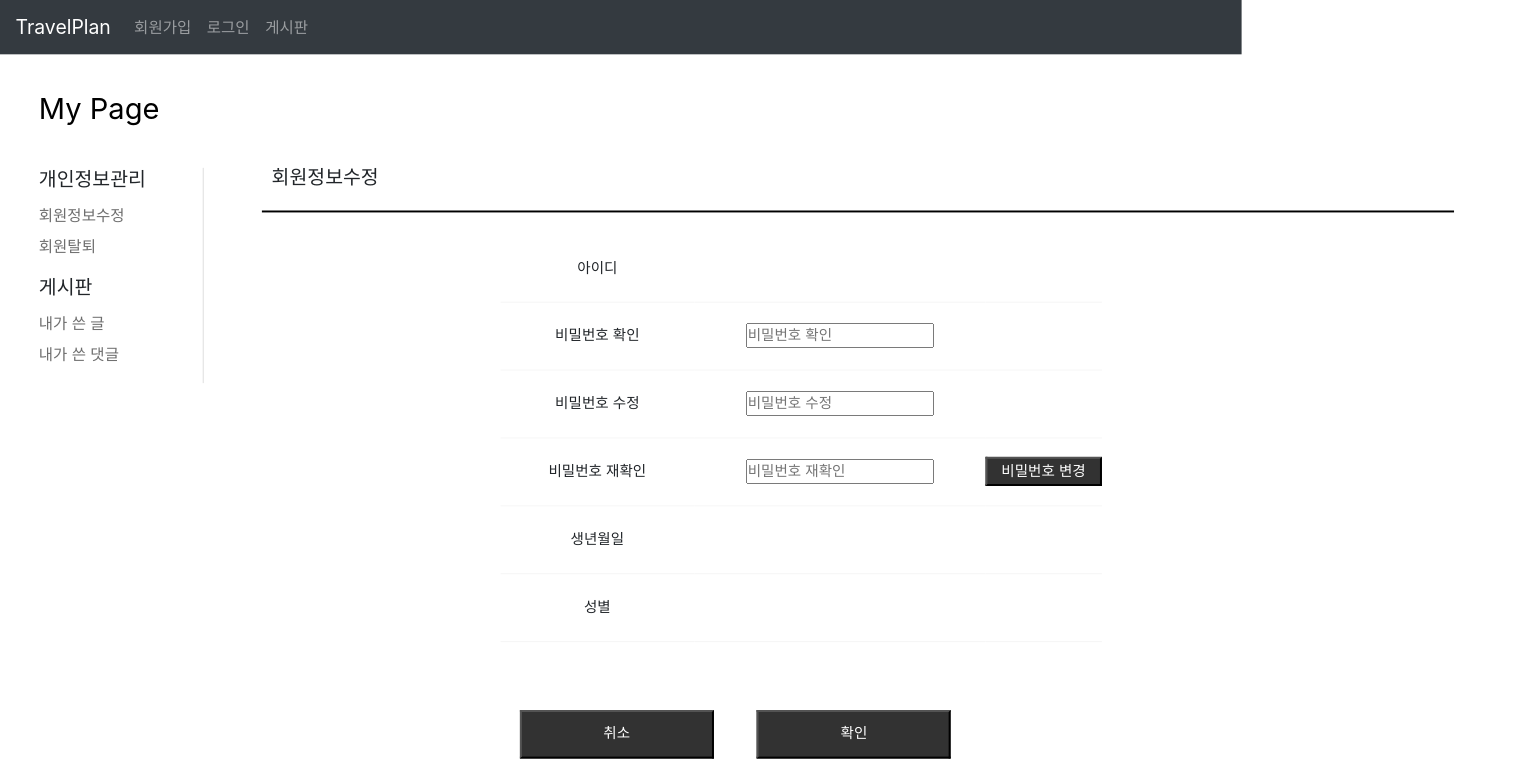
Repository: sna145815/Travel_v1
Page: http://localhost/Travel_v1/mypage
An editor plug-in stored every save of this project. The page is shown before and after the next save, followed by the edit.
The browser window is 1280 px wide. The page is 1560 px wide, then 1280 px, then 1560 px, so the pictures cover 1560 px, including what lies to the right of the window. The pictures show the whole page, at 97% of full size.
The page is served by Tomcat 9. Other server files are loaded and not shown. Queries for data that is not in the repository find no rows.

Above is the page before, as saved 2022-11-07 08:38:05.

### Travel_v1/src/main/webapp/WEB-INF/view/mypage.jsp
<%@ page language="java" contentType="text/html; charset=UTF-8"
    pageEncoding="UTF-8"%>
<%@ include file="/layout/header.jsp" %>

<!DOCTYPE html>
<html>
<head>
	<meta charset="UTF-8">
	<style>
		* {
			margin: 0;
			padding: 0;
		}
		#wrap {
			width: auto;
			min-width: 1560px;
			max-width: 1880px;
			padding: 0px 40px;
			margin: 0px auto;
			box-sizing: border-box;
		}
		#sub_header {
			position: relative;
			padding: 0px 0px 10px;
			margin: 0px auto;
		}
		.visual_area {
			padding: 5px 0px 8px;
			font-size: inherit;
			font-weight: normal;
		}
		.txt > a {
			display: inline-block;
			font-size: 30px;
			font-weight: normal;
			color: rgb(0, 0, 0);
		}
		.menu_area {
			float : left;
			width : 270px;
			border-right: 1px solid #ddd;
		}
		.content_right {
			position: absolute;
			left: 270px;
			top: 200;
			right: 0;
			min-width: 1229px;
		}
		.menu_area {
		 	width: 170px;
		 	float: left;
		 	margin: 24px 40px 0px 0px;
		 	font-size: 14px;
		}
		.menu1, .menu2 {
			display: flex;
			flex-direction: column;
			padding-bottom: 15px;
		}
		.update, .delete, .post, .comment {
			display: flex;
			margin-top: 2px;
			font-size: 16px;
			line-height: 30px;
			color: rgb(110, 110, 110);
		}
		.content-right {
			padding: 0;
			float: right;
		}
		.sectiontitle {
			border-bottom: 2px solid #000000;
			padding-left: 10px;
			padding-bottom: 14px;
			margin-top: 22px;
			line-height: 1.5px;
			font-size: 14px;
			position: relative;
		}
		.sectiontable {
			margin-top: 22px;
			padding: 10px;
			font-size: 15px;
			border-collapse: collapse;
			table-layout: fixed;
			margin-left: 20%;
		}
		tr {
			height: 70px;
			padding: 10px;
			box-sizing: border-box;
			border-bottom: 1px solid #f5f5f5;
			text-align: center;
			vertical-align: middle;
			word-break: break-all;
		}
		.button {
			margin-top: 50px;
			margin-left: 20%;
		}
		.btn_update {
			width: 120px;
			height: 30px;
			font-size: 15px;
			border-collapse: collapse;
			vertical-align: middle;
			color: rgb(255, 255, 255);
			background-color: rgb(50, 50, 50);
		}
		.btn_cancel, .btn_check {
			width: 200px;
			height: 50px;
			margin: 20px;
			padding: 10px;
			font-size: 15px;
			border-collapse: collapse;
			vertical-align: middle;
			color: rgb(255, 255, 255);
			background-color: rgb(50, 50, 50);
		}
	</style>
</head>
<body>
	<div id="wrap">
		<div id ="header">
			<div class="visual_area">
				<h1 class="txt">
					<a href="/mypage">My Page</a>
				</h1>
			</div>
		</div>
		<div id ="content_area">
			<div class ="content">
				<div class="content_in">
					<!-- 좌측 메뉴 -->
					<nav class="menu_area">
						<div class="menu1">
							<h5>개인정보관리</h5>
							<a href="/mypage" class="update">회원정보수정</a>
							<a href="/deleteuser" class="delete">회원탈퇴</a>
						</div>
						<div class="menu2">
							<h5>게시판</h5>
							<a href="#" class="post">내가 쓴 글</a>
							<a href="#" class="comment">내가 쓴 댓글</a>
						</div>
					</nav>
					<!-- 콘텐츠 내용 -->
					<section class ="content_right">
						<header class="sectiontitle">
							<h5>회원정보수정</h5>
						</header>
						<div>
							<form action="/mypage" method="post">
								<table class="sectiontable">
									<tr>
										<td width=200px>아이디<td>
										<td id="userId" width=300px><strong>${user.id}</strong></td>
									</tr>
									<tr>
										<td>비밀번호 확인<td>
										<td><input type="password" name="pwd" placeholder="비밀번호 확인" size=15/></td>
										<td><span id="checkpw"></span></td>
									</tr>
									<tr>
										<td>비밀번호 수정<td>
										<td><input type="password" name="uppwd" placeholder="비밀번호 수정" size=15/></td>
									</tr>
									<tr>
										<td>비밀번호 재확인<td>
										<td><input type="password" name="pwdr" placeholder="비밀번호 재확인" size=15/></td>
										<td>
											<span id="checkpwdr"><button type="submit" class="btn_update">비밀번호 변경</button></span>
										</td>
									</tr>
									<tr>
										<td>생년월일<td>
										<td id="userbirth"><strong>${user.date}</strong></td>
									</tr>
									<tr>
										<td>성별<td>
										<td id="userGender"><strong>${user.gender}</strong></td>
									</tr>
								</table>
							</form>
						</div>
						<div class="button">
							<span>
								<button type="submit" class="btn_cancel" onclick="location.reload()">취소</button>
							</span>
							<span>
								<button type="submit" class="btn_check" onclick="location.href = '/main';">확인</button>
							</span>
						</div>
					</section>
				</div>
			</div>
		</div>
	</div>
</body>
</html>

### Travel_v1/src/main/webapp/layout/header.jsp
<%@ page language="java" contentType="text/html; charset=UTF-8"
    pageEncoding="UTF-8"%>
<!DOCTYPE html>

<head>
  <title>TravelPlan</title>
  <meta charset="utf-8">
  <meta name="viewport" content="width=device-width, initial-scale=1">
  <link rel="stylesheet" href="https://cdn.jsdelivr.net/npm/bootstrap@4.6.1/dist/css/bootstrap.min.css">
  <script src="https://cdn.jsdelivr.net/npm/jquery@3.6.0/dist/jquery.slim.min.js"></script>
  <script src="https://cdn.jsdelivr.net/npm/popper.js@1.16.1/dist/umd/popper.min.js"></script>
  <script src="https://cdn.jsdelivr.net/npm/bootstrap@4.6.1/dist/js/bootstrap.bundle.min.js"></script>
</head>
<body>

<nav class="navbar navbar-expand-md bg-dark navbar-dark">
  <a class="navbar-brand" href="/main">TravelPlan</a>
  <button class="navbar-toggler" type="button" data-toggle="collapse" data-target="#collapsibleNavbar">
    <span class="navbar-toggler-icon"></span>
  </button>
  <div class="collapse navbar-collapse" id="collapsibleNavbar">
    <ul class="navbar-nav">
      <li class="nav-item">
        <a class="nav-link" href="/join">회원가입</a>
      </li>
      <li class="nav-item">
        <a class="nav-link" href="/login">로그인</a>
      </li>
      <li class="nav-item">
        <a class="nav-link" href="/board?cmd=getlist">게시판</a>
      </li>
    </ul>
  </div>
</nav>
<br>

### Travel_v1/src/main/java/controller/mypagecontroller.java
package controller;

import java.io.IOException;

import javax.servlet.RequestDispatcher;
import javax.servlet.ServletException;
import javax.servlet.annotation.WebServlet;
import javax.servlet.http.HttpServlet;
import javax.servlet.http.HttpServletRequest;
import javax.servlet.http.HttpServletResponse;
import javax.servlet.http.HttpSession;

import model.usermodel;

import service.userservice;

@WebServlet("/mypage")
public class mypagecontroller extends HttpServlet {
	private static final long serialVersionUID = 1L;


    public mypagecontroller() {

    }


	protected void doGet(HttpServletRequest request, HttpServletResponse response) throws ServletException, IOException {
		HttpSession session = request.getSession();
		String id = (String)session.getAttribute("id");

		usermodel user = new usermodel();

		userservice service = new userservice();

		user = service.Selectuser(id);

		//오류 처리 필요
		request.setAttribute("user", user);
		RequestDispatcher rq = request.getRequestDispatcher("WEB-INF/view/mypage.jsp");
	    rq.forward(request, response);
	}

	protected void doPost(HttpServletRequest request, HttpServletResponse response) throws ServletException, IOException {
		request.setCharacterEncoding("utf-8");
		String pwd = request.getParameter("pwd");
		String uppwd = request.getParameter("uppwd");
		String uppwdr = request.getParameter("pwdr");

		HttpSession session = request.getSession();
		String id = (String) session.getAttribute("id");

		userservice service = new userservice();

		if(service.Checkpwd(pwd, id) == 1)
		{
			if(uppwd.equals(uppwdr))
			{
				if(service.Updatepwd(uppwd, id) == 1)
				{
					request.setAttribute("Result", true);
				}
				else
				{
					request.setAttribute("Result", false);
				}
			}
			RequestDispatcher rq = request.getRequestDispatcher("WEB-INF/view/updateresult.jsp");
		    rq.forward(request, response);
		}
		else
		{
			RequestDispatcher rq = request.getRequestDispatcher("WEB-INF/view/mypage.jsp");
		    rq.forward(request, response);
		}
	}
}

### Travel_v1/src/main/java/model/usermodel.java
package model;

import java.util.Date;

public class usermodel {
	private String id;
	private String pwd;
	private String name;
	private Date date;
	private String gender;


	public usermodel() {

	}


	public String getId() {
		return id;
	}


	public void setId(String id) {
		this.id = id;
	}


	public String getPwd() {
		return pwd;
	}


	public void setPwd(String pwd) {
		this.pwd = pwd;
	}


	public String getName() {
		return name;
	}


	public void setName(String name) {
		this.name = name;
	}


	public Date getDate() {
		return date;
	}


	public void setDate(Date date) {
		this.date = date;
	}


	public String getGender() {
		return gender;
	}


	public void setGender(String gender) {
		this.gender = gender;
	}


}

### Travel_v1/src/main/java/service/userservice.java
package service;


import java.sql.Connection;
import java.sql.Date;
import java.sql.PreparedStatement;
import java.sql.ResultSet;
import java.sql.SQLException;

import config.DB;
import model.usermodel;


public class userservice {

	//회원가입
	public int Signup(usermodel model)
	{
		String sql = "INSERT INTO user VALUES (?,?,?,?,?)";
		Connection conn = DB.getConnection();
		PreparedStatement pstmt = null;

		try
		{
            pstmt = conn.prepareStatement(sql);

            pstmt.setString(1, model.getId());
            pstmt.setString(2, model.getPwd());
            pstmt.setString(3, model.getName());
            pstmt.setDate(4, (Date) model.getDate());
            pstmt.setString(5, model.getGender());

            if(pstmt.executeUpdate() !=1)
            {
                return 0;
            }
            return 1;
        }
		catch(Exception e)
		{
			e.printStackTrace();
			return 0;
		}
		finally
		{
			DB.close(conn,pstmt);
		}
    }

	//비밀번호 변경
	public int Updatepwd(String uppwd, String id)
	{
		String sql = "UPDATE user set password = ? where id = ?";
		Connection conn = DB.getConnection();
		PreparedStatement pstmt = null;

		try
		{
			pstmt = conn.prepareStatement(sql);

            pstmt.setString(1, uppwd);
            pstmt.setString(2, id);

            if(pstmt.executeUpdate() !=1)
            {
                return 0;
            }
            return 1;
        }
		catch(Exception e)
		{
			e.printStackTrace();
			return 0;
		}
		finally
		{
			DB.close(conn,pstmt);
		}
	}

	//비밀번호 확인
	public int Checkpwd(String pwd, String id)
	{
		String sql = "SELECT password from user where id = ?";
		Connection conn = DB.getConnection();
		PreparedStatement pstmt = null;
		ResultSet rs = null;

		try
		{
			pstmt = conn.prepareStatement(sql);

			pstmt.setString(1, id);

			rs = pstmt.executeQuery();

            if (rs.next())
            {
            	if(rs.getString(1).equals(pwd))
            		return 1;
                else
             	   return 0;	 //비밀번호 불일치
             }
             return -1;	//비밀번호 없음
        }
		catch(SQLException e)
		{
			e.printStackTrace();
			return 0;
		}
		finally
		{
			DB.close(conn, pstmt, rs);
		}
	}

	//회원 삭제
	public int Deleteuser(String pwd)
	{
		String sql = "DELETE FROM user where password = ?";
		Connection conn = DB.getConnection();
		PreparedStatement pstmt = null;

		try
		{
            pstmt = conn.prepareStatement(sql);

            pstmt.setString(1, pwd);

            if(pstmt.executeUpdate() !=1)
            {
                return 0;
            }
            return 1;
        }
		catch(Exception e)
		{
			e.printStackTrace();
			return 0;
		}
	}

	//회원 정보 불러오기
	public usermodel Selectuser(String id)
	{
		String sql = "SELECT * FROM user where id = ?";
		Connection conn = DB.getConnection();
		PreparedStatement pstmt = null;
		ResultSet rs = null;

		usermodel user = new usermodel();

		try
		{
			pstmt = conn.prepareStatement(sql);

			pstmt.setString(1, id);

			rs = pstmt.executeQuery();

			while (rs.next())
			{
				user.setId(rs.getString(1));		//id
				user.setPwd(rs.getString(2));		//password
				user.setName(rs.getString(3));		//name
				user.setDate(rs.getDate(4));		//birth
				user.setGender(rs.getString(5));	//gender
			}

			return user;
		}
		catch (Exception e)
		{
			e.printStackTrace();
			return null;
		}
		finally
		{
			DB.close(conn, pstmt, rs);
		}
	}


	//로그인
	public  int findbyuserid(usermodel model)
	{
		String sql = "SELECT password FROM user WHERE id = ?";
		Connection conn=DB.getConnection();
		PreparedStatement pstmt = null;
		ResultSet rs = null;

		try
		{
            pstmt = conn.prepareStatement(sql);

            pstmt.setString(1, model.getId());

            rs = pstmt.executeQuery();
            if (rs.next())
            {
               if (rs.getString(1).equals(model.getPwd()))
            	   return 1;		//로그인 성공
               else
            	   return 0;	//비밀번호 불일치
            }
            return -1;	//아이디가 없음
        }
		catch(SQLException e)
		{
			e.printStackTrace();
			return -2;	//오류
		}
		finally
		{
			DB.close(conn,pstmt,rs);
		}

	}

}

### Travel_v1/src/main/java/config/DB.java
package config;

import java.sql.Connection;
import java.sql.DriverManager;
import java.sql.PreparedStatement;
import java.sql.ResultSet;
import java.sql.SQLException;

public class DB {

	public static Connection getConnection()
	{
		try{
			 String jdbcUrl = "jdbc:mysql://localhost:3306/travel?useUnicode=true&characterEncoding=utf8";
		     String dbId = "root";
		     String dbPass = "1128";

			 Class.forName("com.mysql.cj.jdbc.Driver");
			 Connection con = DriverManager.getConnection(jdbcUrl,dbId ,dbPass);
			 return con;
		  }catch(Exception e){
			 e.printStackTrace();
		  }
		return null;
	}

	public static void close(Connection conn,PreparedStatement pstmt,ResultSet rs)
	{
		try {
			rs.close();
			pstmt.close();
			conn.close();
		} catch (SQLException e) {

			e.printStackTrace();
		}

	}

	public static void close(Connection conn,PreparedStatement pstmt)
	{
		try {
			pstmt.close();
			conn.close();
		} catch (SQLException e) {

			e.printStackTrace();
		}

	}
}

After the next save:
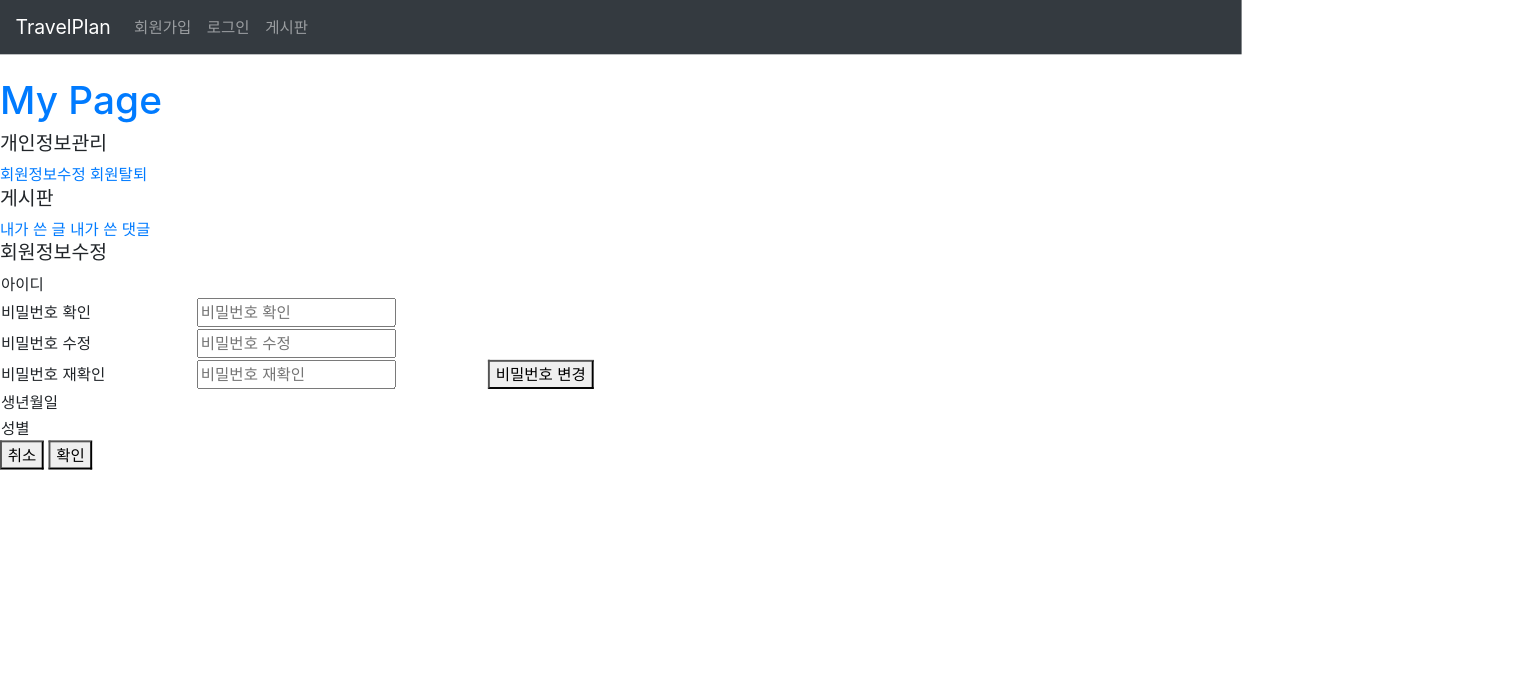
Saved 88 min 22 s later.
--- a/Travel_v1/src/main/webapp/WEB-INF/view/mypage.jsp
+++ b/Travel_v1/src/main/webapp/WEB-INF/view/mypage.jsp
@@ -6,7 +6,7 @@
 <html>
 <head>
 	<meta charset="UTF-8">
-	<style>
+	<%--<style>
 		* {
 			margin: 0;
 			padding: 0;
@@ -119,7 +119,7 @@
 			color: rgb(255, 255, 255);
 			background-color: rgb(50, 50, 50);
 		}
-	</style>
+	</style>--%>
 </head>
 <body>
 	<div id="wrap">

After the save that followed:
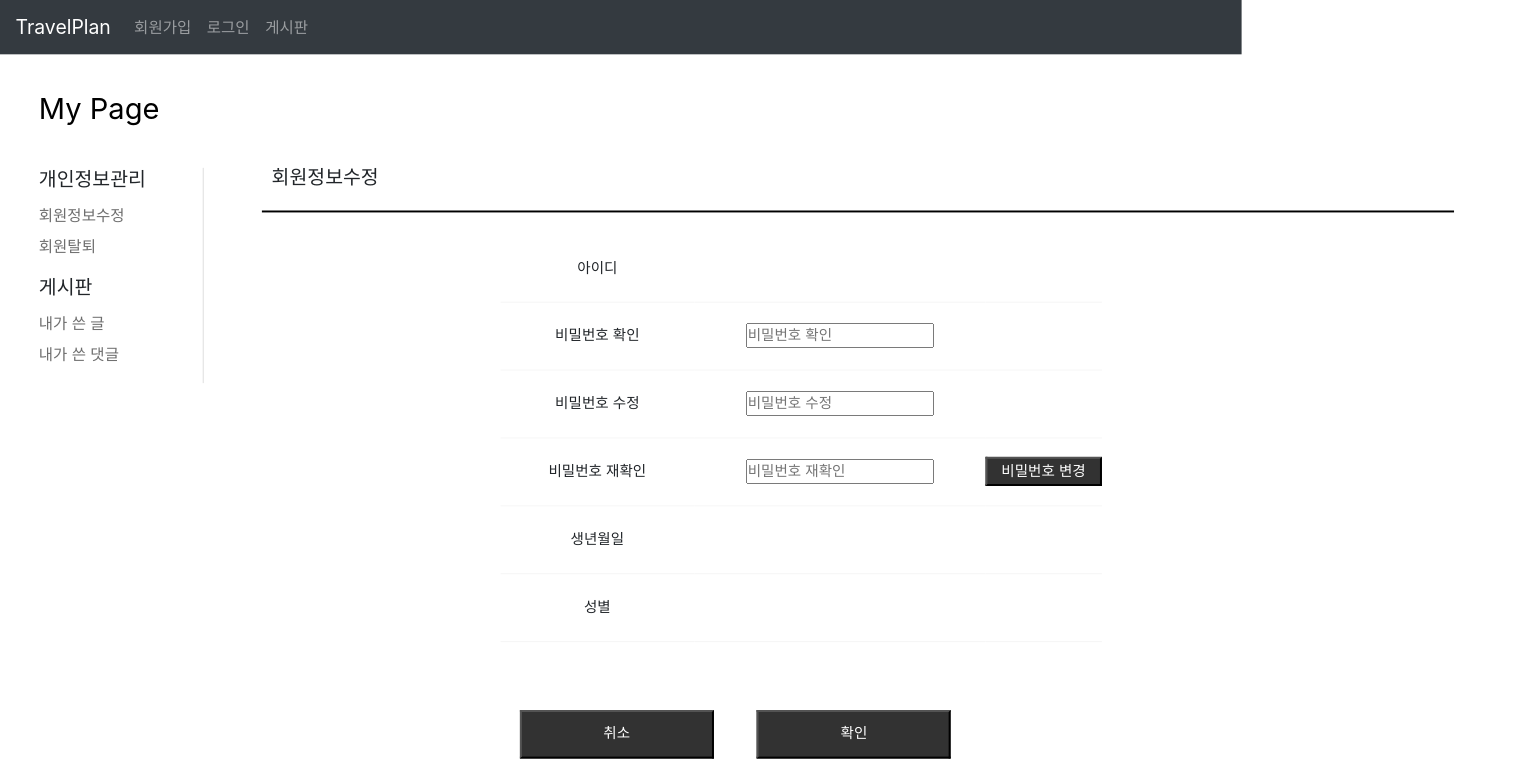
Saved 4 min 23 s later.
--- a/Travel_v1/src/main/webapp/WEB-INF/view/mypage.jsp
+++ b/Travel_v1/src/main/webapp/WEB-INF/view/mypage.jsp
@@ -6,7 +6,7 @@
 <html>
 <head>
 	<meta charset="UTF-8">
-	<%--<style>
+	<style>
 		* {
 			margin: 0;
 			padding: 0;
@@ -119,7 +119,7 @@
 			color: rgb(255, 255, 255);
 			background-color: rgb(50, 50, 50);
 		}
-	</style>--%>
+	</style>
 </head>
 <body>
 	<div id="wrap">
